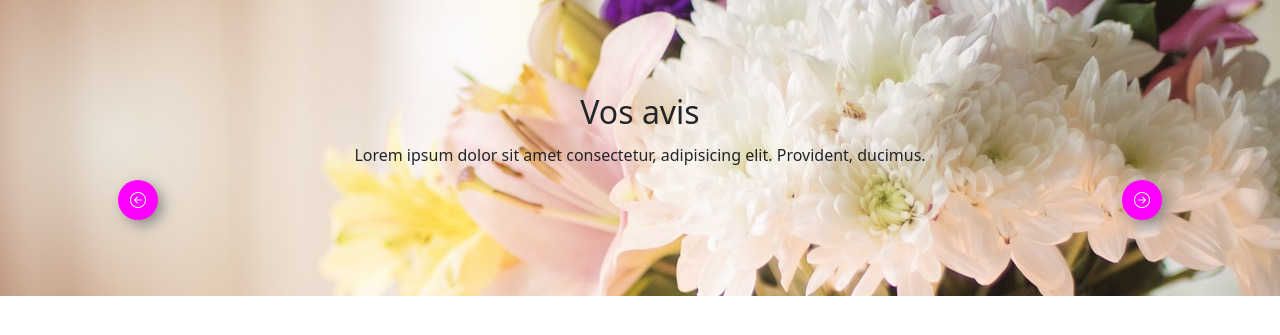
Repository: haifabilel/shop
Page: http://localhost/templates/avis_clients.php
An editor plug-in stored every save of this project. The page is shown before and after the next save, followed by the edit.
The browser window is 1280 px wide. The pictures show the whole page.
Some web libraries are served in a nearby version. The page is run by PHP 8.4 with error messages shown; the project is at /var/www/html/.

Above is the page before, as saved 2023-12-11 16:58:59.
Console error: ReferenceError: jQuery is not defined

After the next save:
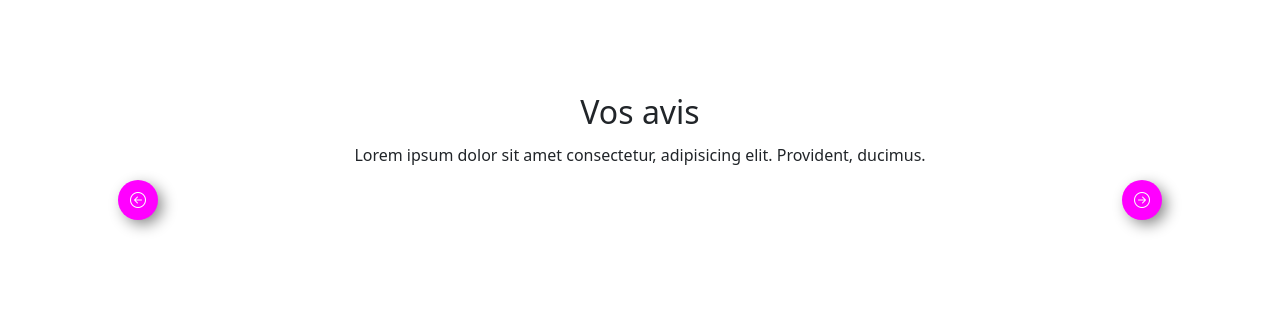
Saved 30 s later.
--- a/css/style.css
+++ b/css/style.css
@@ -375,7 +375,7 @@ z-index: 2;
 /* =============avis clients=========== */
 .testimonial-container{
     padding: 6% 0;
-   background-image: url(../uploads/images/back.jpg);
+
 }
 .testimonial-container .container{
     position:relative;
